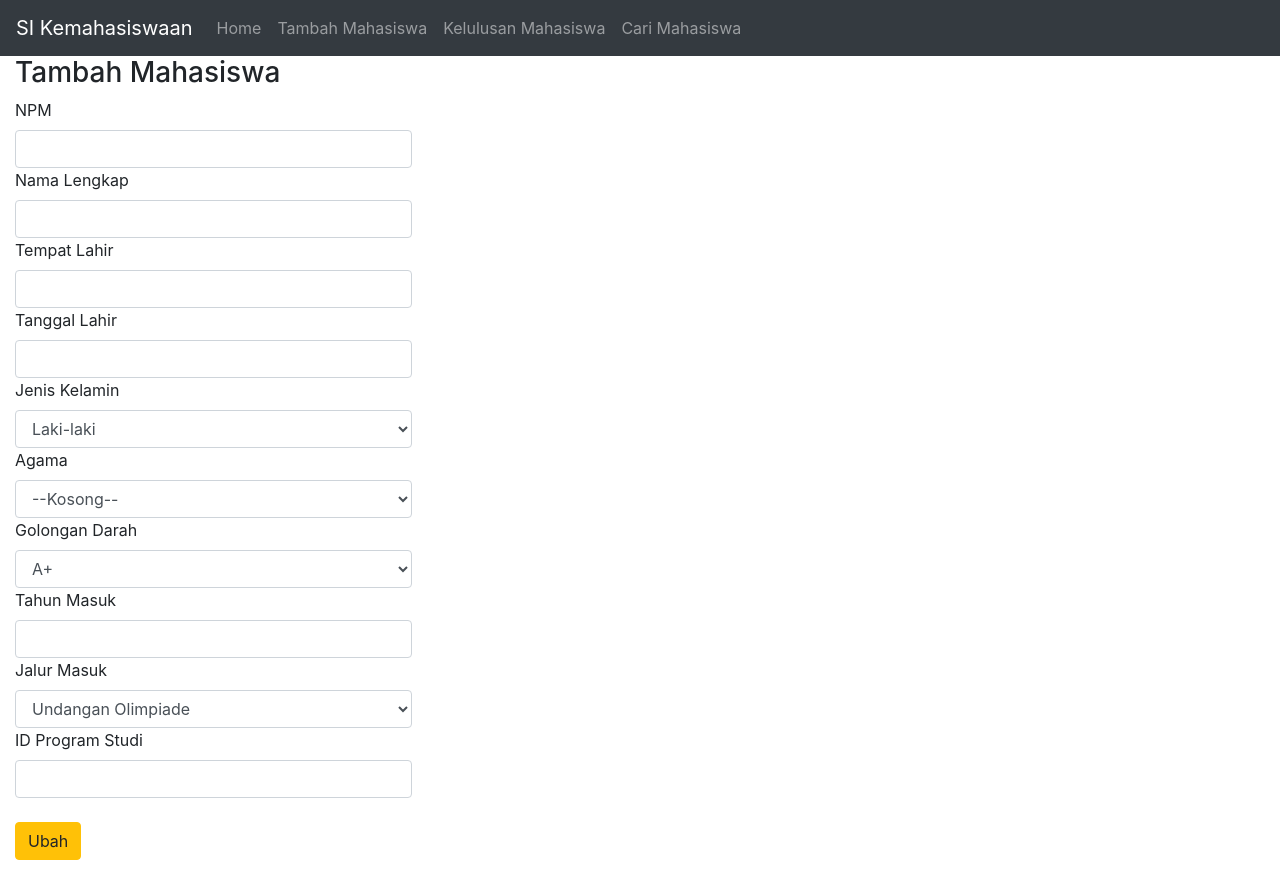
Repository: apap-ekstensi-2018/tugas1_1706106803
Page: http://localhost/form-add
An editor plug-in stored every save of this project. The page is shown before and after the next save, followed by the edit.
The browser window is 1280 px wide. The pictures show the whole page.
The page is this project's Thymeleaf template; nobody is signed in. The template is opened directly, without the code that normally fills it, so the values that code supplies are empty.

Above is the page before, as saved 2018-04-03 13:20:49.

After the next save:
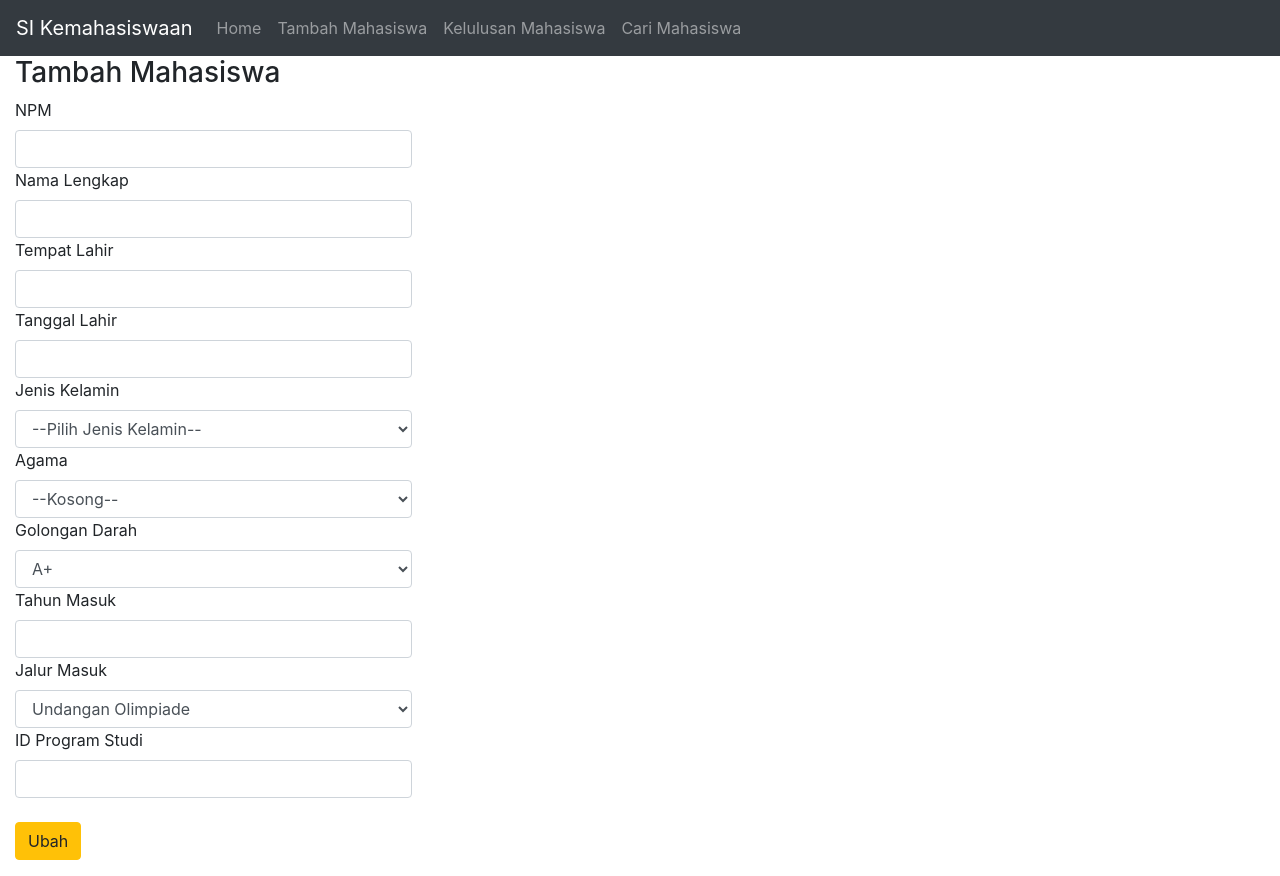
Saved 57 s later.
--- a/tugas1/src/main/resources/templates/form-add.html
+++ b/tugas1/src/main/resources/templates/form-add.html
@@ -40,6 +40,7 @@
 				</div>
 				<div class="col-4">
 					<select class="form-control" name="jenis_kelamin">
+						<option value="">--Pilih Jenis Kelamin--</option>
 						<option value="1">Laki-laki</option>
 						<option value="0">Perempuan</option>
 					</select>
